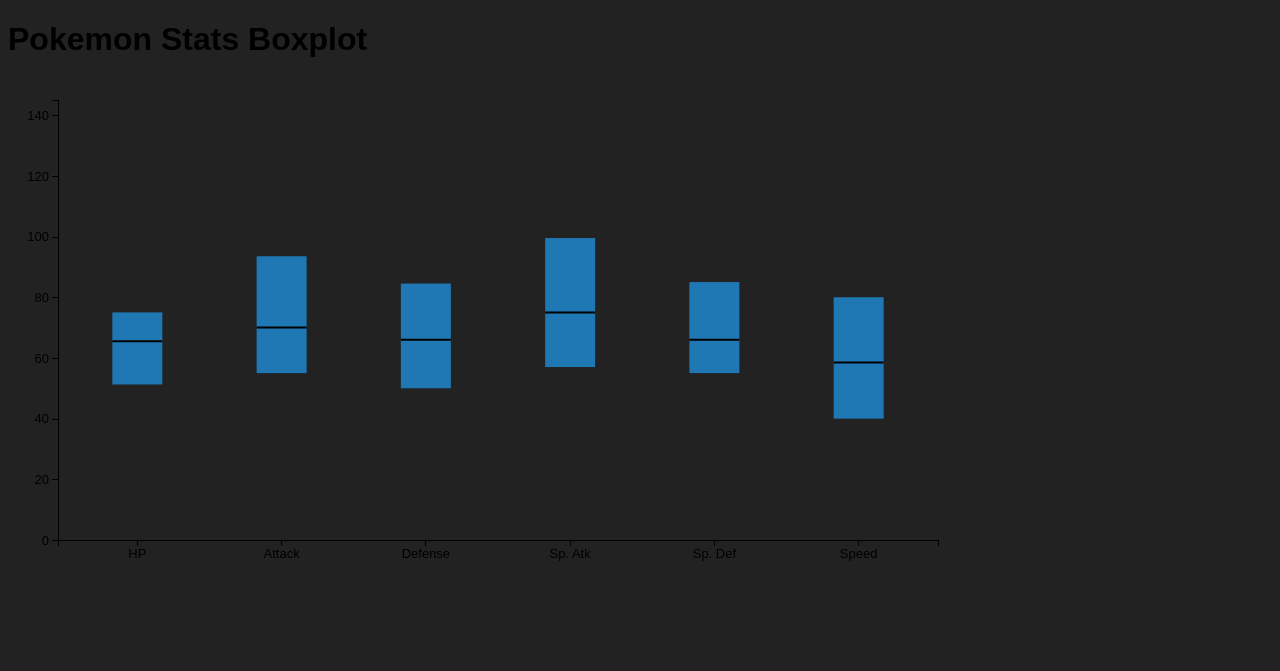
Repository: Cartterr/Proyecto-VisInfo
Page: Propuesta1_Tipos_Cajas.html
These files come from the project's save history. The page is drawn as it stood at one moment and after the next save; the edit follows.
The browser window is 1280 px wide. The pictures show the whole page.

Above is the page before, as saved 2023-06-27 22:39:51.

After the next save:
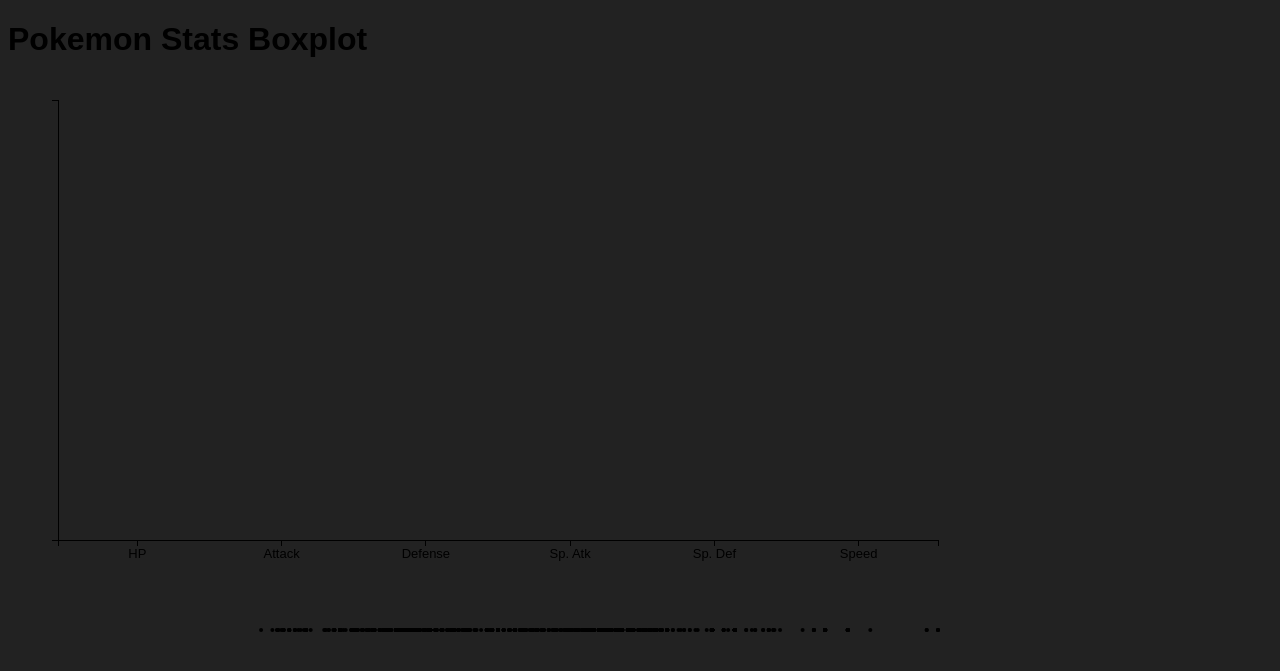
Saved 5 s later.
--- a/Propuesta1_Tipos_Cajas.js
+++ b/Propuesta1_Tipos_Cajas.js
@@ -1,16 +1,20 @@
+d3.csv("pokemon.csv").then(data => {
+    data.forEach(d => {
+        d["Total"] = ["HP", "Attack", "Defense", "Sp. Atk", "Sp. Def", "Speed"].reduce((total, stat) => total + +d[stat], 0);
+    });
 
-d3.csv("pokemon.csv").then(data => {
     const types = Array.from(new Set(data.map(d => d["Type 1"])));
     const statNames = ["HP", "Attack", "Defense", "Sp. Atk", "Sp. Def", "Speed"];
 
     const margin = { top: 20, right: 30, bottom: 40, left: 50 },
         width = 960 - margin.left - margin.right,
-        height = 500 - margin.top - margin.bottom;
+        height = 500 - margin.top - margin.bottom,
+        brushHeight = 100;
 
     const svg = d3.select("#boxplot")
         .append("svg")
         .attr("width", width + margin.left + margin.right)
-        .attr("height", height + margin.top + margin.bottom)
+        .attr("height", height + brushHeight + margin.top + margin.bottom)
         .append("g")
         .attr("transform", `translate(${margin.left},${margin.top})`);
 
@@ -21,8 +25,18 @@
     const y = d3.scaleLinear()
         .range([height, 0]);
 
+    const brushX = d3.scaleLinear()
+        .domain([0, d3.max(data, d => d["Total"])])
+        .range([0, width]);
+
+    const brushY = d3.scaleLinear()
+        .domain([0, d3.max(data, d => d["Total"])])
+        .range([brushHeight, 0]);
+
     const xAxis = d3.axisBottom(x);
     const yAxis = d3.axisLeft(y);
+
+    const brushXAxis = d3.axisBottom(brushX);
 
     svg.append("g")
         .attr("class", "axis x-axis")
@@ -33,8 +47,41 @@
         .attr("class", "axis y-axis")
         .call(yAxis);
 
-    const updateBoxPlot = (selectedType) => {
-        const typeData = data.filter(d => d["Type 1"] === selectedType);
+    const brushGroup = svg.append("g")
+        .attr("class", "brush-group")
+        .attr("transform", `translate(0,${height + margin.bottom})`);
+
+    brushGroup.append("g")
+        .attr("class", "axis x-axis-brush")
+        .attr("transform", `translate(0,${brushHeight})`)
+        .call(brushXAxis);
+
+    brushGroup.append("g")
+        .selectAll("circle")
+        .data(data)
+        .join("circle")
+        .attr("cx", d => brushX(d["Total"]))
+        .attr("cy", brushHeight / 2)
+        .attr("r", 2);
+
+    const brush = d3.brushX()
+        .extent([[0, 0], [width, brushHeight]])
+        .on("brush end", brushended);
+
+    brushGroup.append("g")
+        .attr("class", "brush")
+        .call(brush);
+
+    function brushended(event) {
+        if (event.selection) {
+            const [minTotal, maxTotal] = event.selection.map(brushX.invert);
+            updateBoxPlot(selectedType, minTotal, maxTotal);
+        }
+    }
+
+    let selectedType = types[0];
+    const updateBoxPlot = (selectedType, minTotal, maxTotal) => {
+        const typeData = data.filter(d => d["Type 1"] === selectedType && d["Total"] >= minTotal && d["Total"] <= maxTotal);
 
         const typeStats = statNames.map(stat => typeData.map(d => +d[stat]));
 
@@ -51,33 +98,11 @@
 
         const boxWidth = Math.min(50, x.bandwidth());
 
-        svg.selectAll(".box")
-            .data(typeStats)
-            .join("rect")
-            .transition()
-            .duration(450)
-            .attr("class", "box")
-            .attr("x", (d, i) => x(statNames[i]) + (x.bandwidth() - boxWidth) / 2)
-            .attr("width", boxWidth)
-            .attr("y", d => y(d3.quantile(d, 0.75)))
-            .attr("height", d => y(d3.quantile(d, 0.25)) - y(d3.quantile(d, 0.75)));
+        // Box plot update code...
 
         typeList.selectAll("li")
             .classed("selected", d => d === selectedType);
-
-        svg.selectAll(".median")
-            .data(typeStats)
-            .join("line")
-            .transition()
-            .duration(450)
-            .attr("class", "median")
-            .attr("x1", (d, i) => x(statNames[i]) + (x.bandwidth() - boxWidth) / 2)
-            .attr("x2", (d, i) => x(statNames[i]) + (x.bandwidth() + boxWidth) / 2)
-            .attr("y1", d => y(d3.median(d)))
-            .attr("y2", d => y(d3.median(d)));
     };
-
-
 
     const typeList = d3.select("#typeList");
     typeList.selectAll("li")
@@ -86,10 +111,10 @@
         .append("li")
         .text(d => d)
         .on("click", function () {
-            const selectedType = d3.select(this).text();
+            selectedType = d3.select(this).text();
             updateBoxPlot(selectedType);
         });
 
     // Initialize with the first type
-    updateBoxPlot(types[0]);
+    updateBoxPlot(selectedType);
 });
